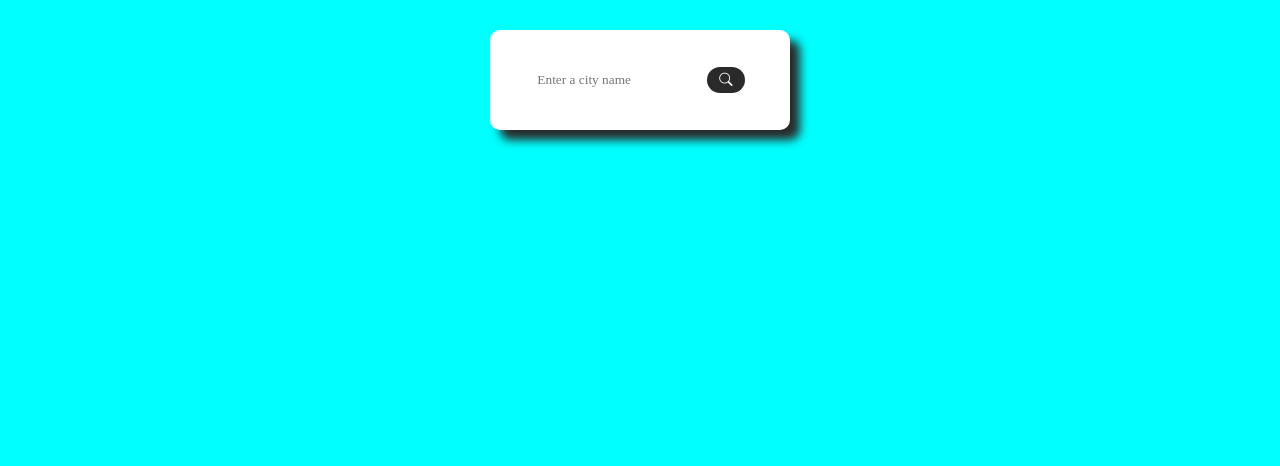
Repository: CrissRT/weather
Page: index.html
These files come from the project's save history. The page is drawn as it stood at one moment and after a run of saves; the edit follows.
The browser window is 1280 px wide. The pictures show the whole page.
Some web fonts or font styles are not loaded; a fallback is used.

Above is the page before, as saved 2024-06-30 15:29:43.

After the next 2 saves:
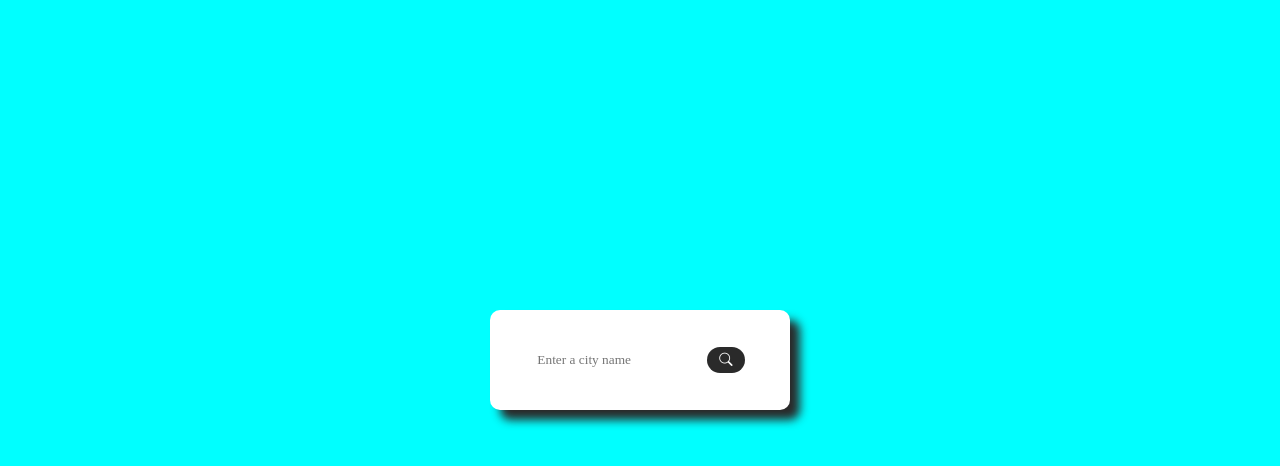
The 2 saves are shown as one change because they came seconds apart.
The last was saved 47 s later.
--- a/style.css
+++ b/style.css
@@ -1,11 +1,10 @@
 @import url('https://fonts.googleapis.com/css2?family=Playwrite+IT+Moderna:wght@100..400&display=swap');
 
 html, body {
-    min-height: 100%;
+    margin: 0;
+    height: 100%;
 }
-
 body {
-    margin: 0;
     background-color: aqua;
     display: flex;
     justify-content: center;
